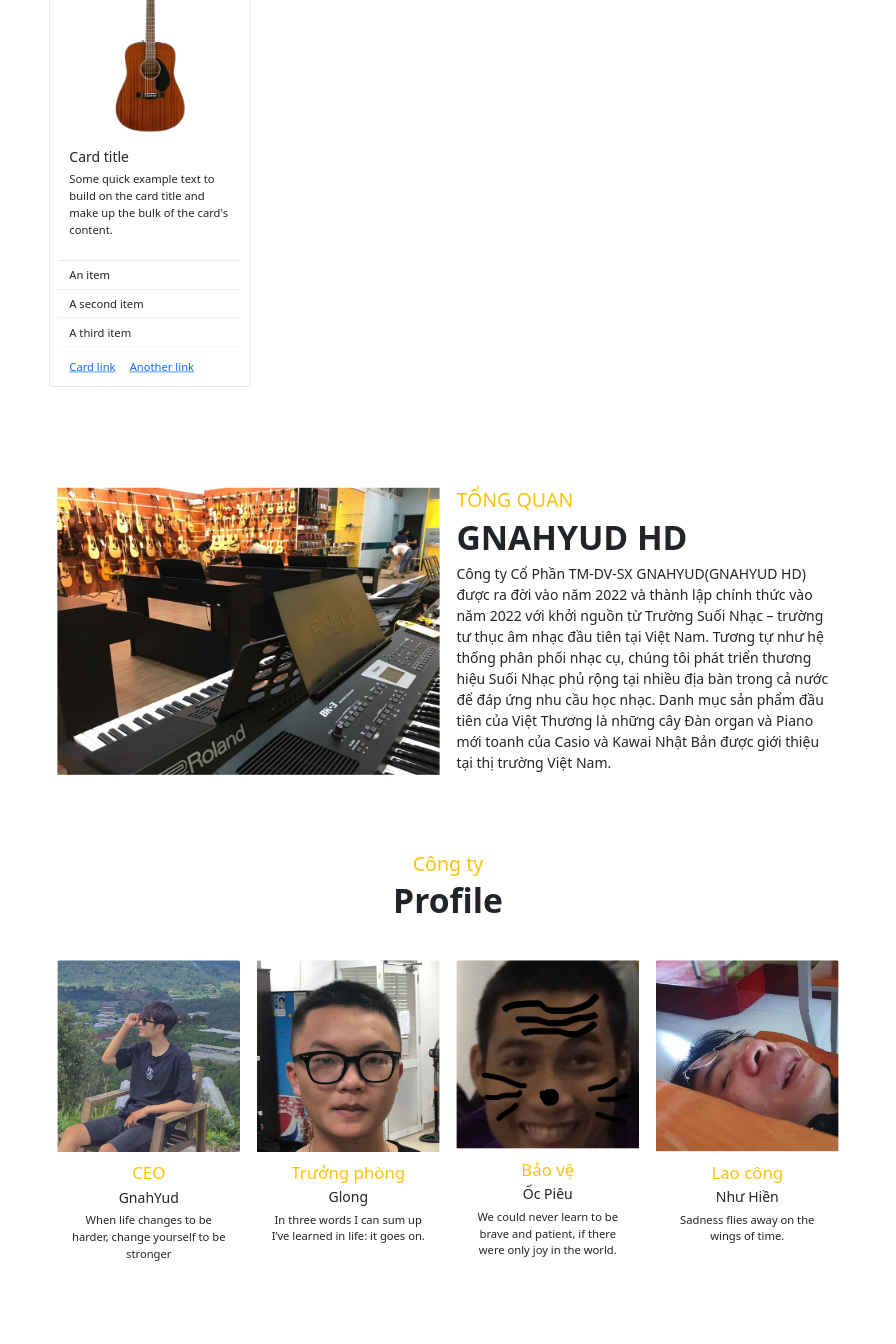
Repository: HoangDuy315/guitar
Page: index.html
These files come from the project's save history. The page is drawn as it stood at one moment and after the next save; the edit follows.
The browser window is 1280 px wide. The pictures show the part of the page from y = 2167 to 4087 px (the page is 5118 px tall before and 5214 px after), at 70% of full size.
Some web libraries are served in a nearby version.

Above is the page before, as saved 2022-09-16 14:56:35.

### index.html
<!doctype html>
<html lang="en">
  <head>
    <meta charset="utf-8">
    <meta name="viewport" content="width=device-width, initial-scale=1">
    <link href="https://cdn.jsdelivr.net/npm/bootstrap@5.1.3/dist/css/bootstrap.min.css" rel="stylesheet" integrity="sha384-1BmE4kWBq78iYhFldvKuhfTAU6auU8tT94WrHftjDbrCEXSU1oBoqyl2QvZ6jIW3" crossorigin="anonymous">

    <title>Guitar HD</title>
    <script src="https://kit.fontawesome.com/9676e8dc1b.js" crossorigin="anonymous"></script>
    <link rel="stylesheet" href="style.css">
  </head>
  <body>

    <!-- Nav -->
    <nav class="navbar navbar-expand-lg navbar-dark fixed-top py-3" id="navbar">
        <div class="container">
          <a class="navbar-brand fs-3 text-warning" href="#">GUITAR HD</a>
          <button class="navbar-toggler" type="button" data-bs-toggle="collapse" data-bs-target="#navbarSupportedContent" aria-controls="navbarSupportedContent" aria-expanded="false" aria-label="Toggle navigation">
            <span class="navbar-toggler-icon"></span>
          </button>
          <div class="collapse navbar-collapse" id="navbarSupportedContent">
            <ul class="navbar-nav me-auto mb-2 mb-lg-0 fs-5">
              <li class="nav-item">
                <a class="nav-link" href="#">Giới thiệu</a>
              </li>
              <li class="nav-item">
                <a class="nav-link" href="#">Tin tức</a>
              </li>
              <li class="nav-item dropdown">
                <a class="nav-link dropdown-toggle" href="#" id="navbarDropdown" role="button" data-bs-toggle="dropdown" aria-expanded="false">
                  Sản phẩm
                </a>
                <ul class="dropdown-menu" aria-labelledby="navbarDropdown">
                  <li><a class="dropdown-item" href="#">Guitar Clasic</a></li>
                  <li><a class="dropdown-item" href="#">Guitar Accoutic</a></li>
                  <li><a class="dropdown-item" href="#">Electronic Guitar</a></li>
                  <li><hr class="dropdown-divider"></li>
                  <li><a class="dropdown-item" href="#">Phụ kiện Guitar</a></li>
                </ul>
              </li>
              <li class="nav-item">
                <a class="nav-link" href="#">Liên hệ</a>
              </li>
            </ul>
            <a class="navbar-brand fw-bold  fs-3 text-warning" href="#"></a>
            <button class="btn  btn-outline-warning px-9 rounded-pill ms-auto">Login</button>
            <button class="btn  btn-outline-warning px-9 rounded-pill ms-3">Sign up</button>
          </div>
        </div>
      </nav>

    <!-- HomePage -->
    <section id="home" class="d-flex">
        <div class="container d-flex align-items-center">
            <div class="row justify-content-center">
                <div class="col-md-6">
                    <h1 class="display-1 fw-bolder text-white text-center">
                        BRINGING MUSIC TO<span class="text-warning"> EVERYONE</span>
                    </h1>
                </div>
            </div>
        </div>
    </section>

    <!-- Menu -->
    <section id="menu">
        <div class="container my-5 py-5">
            <div class="row mb-5">
                <div class="col-12 text-center">
                    <h3 class="text-warning">SẢN PHẨM</h3>
                    <h2 class="display-5 fw-bold">BEST SELLER</h2>
                </div>
            </div>
            <!-- 1 -->
            <div class="row">
                <div class="col-md-6">
                    <div class="card mb-3 border-0">
                        <div class="row g-0">
                          <div class="col-md-5 d-flex align-items-center">
                            <img src="./assets/ac1.png" class="img-fluid" alt="...">
                          </div>
                          <div class="col-md-7">
                            <div class="card-body">
                              <h5 class="card-title fs-3 fw-bold">FENDER FSR V3 CD60 MAH WN</h5>
                              <p class="card-text lead mb-2">CD-60 là một trong những mô hình phổ biến nhất của Fender và lý tưởng cho những người chơi đang tìm kiếm một cây đàn dáng dreadnought chất lượng cao giá cả phải.</p>
                              <p class="lead fw-bold fs-4 text-warning">
                                <p class="text-warning">4,900,000đ</p>
                                <i class="fa-solid fa-cart-shopping fs-4"></i>
                              </p>
                            </div>
                          </div>
                        </div>
                      </div>
                </div>
                <!-- 2 -->
                <div class="col-md-6">
                    <div class="card mb-3 border-0">
                        <div class="row g-0">
                          <div class="col-md-5 d-flex align-items-center">
                            <img src="./assets/ac4.png" class="img-fluid" alt="...">
                          </div>
                          <div class="col-md-7">
                            <div class="card-body">
                              <h5 class="card-title fs-3 fw-bold">TAKAMINE GD10CE</h5>
                              <p class="card-text lead mb-2">Dáng đàn dreadnought cho âm thanh dày, mạnh mẽ Mặt trước gỗ Spruce kết hợp mặt sau và hông mahogany Cần đàn mỏng gỗ mahogany và bán kính 12” Mặt phím gỗ và ngựa đàn Pin-less gỗ ovangkol.</p>
                              <p class="lead fw-bold fs-4 text-warning">
                                <p class="text-warning">6,690,000đ</p>
                                <i class="fa-solid fa-cart-shopping fs-4"></i>
                              </p>
                            </div>
                          </div>
                        </div>
                      </div>
                </div>
                <!-- 3 -->
                <div class="col-md-6">
                    <div class="card mb-3 border-0">
                        <div class="row g-0">
                          <div class="col-md-5 d-flex align-items-center">
                            <img src="./assets/cl6.png" class="img-fluid" alt="...">
                          </div>
                          <div class="col-md-7">
                            <div class="card-body">
                              <h5 class="card-title fs-3 fw-bold">CORDOBA C3M</h5>
                              <p class="card-text lead mb-2">Cordoba C3M là một trong những cây guitar dây nylon phổ biến của Cordoba. Được thiết kế với trọng lượng nhẹ và thoải mái để chơi.Thiết kế fan bracing mang lại âm sắc đẹp, mềm mại và cân bằng.</p>
                              <p class="lead fw-bold fs-4 text-warning">
                                <p class="text-warning">6,150,000đ</p>
                                <i class="fa-solid fa-cart-shopping fs-4"></i>
                              </p>
                            </div>
                          </div>
                        </div>
                      </div>
                </div>
                <!-- 4 -->
                <div class="col-md-6">
                    <div class="card mb-3 border-0">
                        <div class="row g-0">
                          <div class="col-md-5 d-flex align-items-center">
                            <img src="./assets/e2.png" class="img-fluid" alt="...">
                          </div>
                          <div class="col-md-7">
                            <div class="card-body">
                              <h5 class="card-title fs-4 fw-bold">FENDER SQUIER FSR AFF STRAT HSS LRL MBPG OWT</h5>
                              <p class="card-text lead mb-2">Là một con đường tuyệt vời để tiến đại vào gia đình Fender® lâu đời, Squier® Affinity Series ™ Stratocaster® QMT mang đến thiết kế huyền thoại GNAHYUD!.</p>
                              <p class="lead fw-bold fs-4 text-warning">
                                <p class="text-warning">9,320,000đ</p>
                                <i class="fa-solid fa-cart-shopping fs-4"></i>
                              </p>
                            </div>
                          </div>
                        </div>
                      </div>
                </div>
                <!-- 5 -->
                <div class="col-md-6">
                    <div class="card mb-3 border-0">
                        <div class="row g-0">
                          <div class="col-md-5 d-flex align-items-center">
                            <img src="./assets/cl7.png" class="img-fluid" alt="...">
                          </div>
                          <div class="col-md-7">
                            <div class="card-body">
                              <h5 class="card-title fs-3 fw-bold">TAKAMINE TH90</h5>
                              <p class="card-text lead mb-2">Takamine TH90 là cây đàn Classic được chế tác tinh tế với hệ thống Preamp Cool Tube CTP-3 mang đến âm thanh hoàn hảo cho người nghe Mặt trước.Đây là 1 dòng đàn cao cấp dùng gỗ Solid Spruce.</p>
                              <p class="lead fw-bold fs-4 text-warning">
                                <p class="text-warning">4,900,000đ</p>
                                <i class="fa-solid fa-cart-shopping fs-4"></i>
                              </p>
                            </div>
                          </div>
                        </div>
                      </div>
                </div>
                <!-- 6 -->
                <div class="col-md-6">
                    <div class="card mb-3 border-0">
                        <div class="row g-0">
                          <div class="col-md-5 d-flex align-items-center">
                            <img src="./assets/e1.png" class="img-fluid" alt="...">
                          </div>
                          <div class="col-md-7">
                            <div class="card-body">
                              <h5 class="card-title fs-5 fw-bold">FENDER SQUIER FSR AF STRAT QMT LRL WPPG BBST 0378034539</h5>
                              <p class="card-text lead mb-2">Là một con đường tuyệt vời để tiến đại vào gia đình Fender® lâu đời, Squier® Affinity Series ™ Stratocaster® QMT mang đến thiết kế huyền thoại và giai điệu tinh túy cho những Guitarist.</p>
                              <p class="lead fw-bold fs-4 text-warning">
                                <p class="text-warning">10,750,000đ</p>
                                <i class="fa-solid fa-cart-shopping fs-4"></i>
                              </p>
                            </div>
                          </div>
                        </div>
                      </div>
                </div>

                <div class="card" style="width: 18rem;">
                  <img src="./assets/ac1.png" class="card-img-top" alt="...">
                  <div class="card-body mb-3">
                    <h5 class="card-title">Card title</h5>
                    <p class="card-text">Some quick example text to build on the card title and make up the bulk of the card's content.</p>
                  </div>
                  <ul class="list-group list-group-flush">
                    <li class="list-group-item">An item</li>
                    <li class="list-group-item">A second item</li>
                    <li class="list-group-item">A third item</li>
                  </ul>
                  <div class="card-body">
                    <a href="#" class="card-link">Card link</a>
                    <a href="#" class="card-link">Another link</a>
                  </div>
                </div>
            </div>
        </div>
    </section>

    <!-- About -->
    <section id="about">
        <div class="container my-5 py-5">
            <div class="row">
                <div class="col-md-6">
                    <img src="./assets/about3.png" alt="Hang Heo" class="w-100 h-80">
                </div>
                <div class="col-md-6">
                    <h3 class="text-warning">TỔNG QUAN</h3>
                    <h2 class="display-5 fw-bold">GNAHYUD HD</h2>
                    <p class="lead">Công ty Cổ Phần TM-DV-SX GNAHYUD(GNAHYUD HD) được ra đời vào năm 2022 và thành lập chính thức vào năm 2022 với khởi nguồn từ Trường Suối Nhạc – trường tư thục âm nhạc đầu tiên tại Việt Nam.
                         Tương tự như hệ thống phân phối nhạc cụ, chúng tôi phát triển thương hiệu Suối Nhạc phủ rộng tại nhiều địa bàn trong cả nước để đáp ứng nhu cầu học nhạc. Danh mục sản phẩm đầu tiên của Việt Thương là những cây Đàn organ và Piano mới toanh của Casio và Kawai Nhật Bản được giới thiệu tại thị trường Việt Nam. </p>
                </div>
            </div>
        </div>
    </section>

    <!-- Designer -->
    <section id="designer">
        <div class="container">
            <div class="row mb-5    ">
                <div class="col-12 text-center">
                    <h3 class="text-warning">Công ty</h3>
                    <h2 class="display-5 fw-bold">Profile</h2>
                </div>
            </div>
            <div class="row">
                <!-- 1 -->
                <div class="col-md-3">
                    <div class="card border-0">
                        <img src="./assets/ceo.png" class="card-img-top" alt="...">
                        <div class="card-body text-center">
                          <h4 class="card-title text-warning">CEO</h5>
                          <h6 class="card-title lead">GnahYud</h5>
                          <p class="card-text">When life changes to be harder, change yourself to be stronger</p>
                        </div>
                      </div>
                </div>

                <!-- 2 -->
                <div class="col-md-3">
                    <div class="card border-0">
                        <img src="./assets/trưởng phòng.png" class="card-img-top" alt="...">
                        <div class="card-body text-center">
                          <h4 class="card-title text-warning">Trưởng phòng</h5>
                          <h6 class="card-title lead">Glong</h5>
                          <p class="card-text">In three words I can sum up I’ve learned in life: it goes on.</p>
                        </div>
                      </div>
                </div>

                <!-- 3 -->
                <div class="col-md-3">
                    <div class="card border-0">
                        <img src="./assets/bảo vệ.png" class="card-img-top h-100" alt="...">
                        <div class="card-body text-center">
                          <h4 class="card-title text-warning">Bảo vệ</h4></h5>
                          <h6 class="card-title lead">Ốc Piêu</h5>
                          <p class="card-text">We could never learn to be brave and patient, if there were only joy in the world.</p>
                        </div>
                      </div>
                </div>

                <!-- 4 -->
                <div class="col-md-3">
                    <div class="card border-0">
                        <img src="./assets/lao công.png" class="card-img-top" alt="...">
                        <div class="card-body text-center">
                          <h4 class="card-title text-warning">Lao công</h5>
                          <h6 class="card-title lead">Như Hiền</h5>
                          <p class="card-text">Sadness flies away on the wings of time.</p>
                        </div>
                      </div>
                </div>
            </div>
        </div>
    </section>

    <!-- Contact -->
    <section id="contact">
        <div class="container my-5 py-5">
            <div class="row mb-5">
                <div class="col-12 text-center">
                    <h3 class="text-warning fs-1">Liên hệ</h3>
                    <h2 class="display-7 fw-bold">Chúng tôi sẽ giúp bạn tìm đúng giải pháp cho đam mê của bạn.</h2>
                </div>
            </div>
            <div class="row justify-content-center">
                <div class="col-md-6">
                    <form action="">
                        <div class="mb-3">
                            <input type="text" class="form-control py-2" id="name" placeholder="Họ Và Tên">
                        </div>
                        <div class="mb-3">
                            <input type="text" class="form-control py-2" id="name" placeholder="Title">
                        </div>
                        <div class="mb-3">
                            <input type="email" class="form-control py-2" id="exampleFormControlInput1" placeholder="Email">
                        </div>
                        <div class="mb-3">
                            <textarea class="form-control" id="exampleFormControlTextarea1" placeholder="Nội dung" rows="3"></textarea>
                        </div>
                        <button class="button-32" role="button">Send</button>
                    </form>
                </div>
            </div>
        </div>
    </section>

    <!-- Footer -->
    <footer class="text-center text-lg-start bg-dark text-muted">
      <!-- Section: Social media -->
      <section class="d-flex justify-content-center justify-content-lg-between p-4 border-bottom">
        <!-- Left -->
        <div class="me-5 d-none d-lg-block">
          <span class="text-white fs-5">Social</span>
        </div>
        <!-- Left -->

        <!-- Right -->
        <div>
          <a href="" class="me-4 link-secondary">
            <i class="fab fa-facebook-f"></i>
          </a>
          <a href="" class="me-4 link-secondary">
            <i class="fab fa-twitter"></i>
          </a>
          <a href="" class="me-4 link-secondary">
            <i class="fab fa-google"></i>
          </a>
          <a href="" class="me-4 link-secondary">
            <i class="fab fa-instagram"></i>
          </a>
          <a href="" class="me-4 link-secondary">
            <i class="fab fa-linkedin"></i>
          </a>
          <a href="" class="me-4 link-secondary">
            <i class="fab fa-github"></i>
          </a>
        </div>
        <!-- Right -->
      </section>
      <!-- Section: Social media -->

      <!-- Section: Links  -->
      <section class="">
        <div class="container text-center text-md-start mt-5">
          <!-- Grid row -->
          <div class="row mt-3">
            <!-- Grid column -->
            <div class="col-md-3 col-lg-4 col-xl-3 mx-auto mb-4">
              <!-- Content -->
              <h6 class="text-uppercase fw-bold mb-4">
                <i class="fas fa-gem me-3 text-secondary"></i>GNAHYUD HD
              </h6>
              <p>
                <a href="#!" class="text-white">Giới thiệu công ty</a>
              </p>
              <p>
                <a href="#!" class="text-white">Hệ thống Showroom, đại lý</a>
              </p>
              <p>
                <a href="#!" class="text-white">Liên hệ/góp ý</a>
              </p>
              <p>
                <a href="#!" class="text-white">Mua trả góp</a>
              </p>
            </div>
            <!-- Grid column -->

            <!-- Grid column -->
            <div class="col-md-2 col-lg-2 col-xl-2 mx-auto mb-4">
              <!-- Links -->
              <h6 class="text-uppercase fw-bold mb-4">
                Hướng dẫn chung
              </h6>
              <p>
                <a href="#!" class="text-white">Giao hàng-đổi trả</a>
              </p>
              <p>
                <a href="#!" class="text-white">Hướng dẫn mua hàng</a>
              </p>
              <p>
                <a href="#!" class="text-white">Thanh toán và bảo mật</a>
              </p>
              <p>
                <a href="#!" class="text-white">Bảo hành Guitar</a>
              </p>
            </div>
            <!-- Grid column -->

            <!-- Grid column -->
            <div class="col-md-3 col-lg-2 col-xl-2 mx-auto mb-4">
              <!-- Links -->
              <h6 class="text-uppercase fw-bold mb-4">
                Hỗ trợ khách hàng
              </h6>
              <p>
                <a href="#!" class="text-white">Gọi mua hàng </a>
              </p>
              <p>
                <a href="#!" class="text-white">Thời gian phục vụ: 8h-22h</a>
              </p>
              <p>
                <a href="#!" class="text-white">Hotline: 1234 6789 </a>
              </p>
            </div>
            <!-- Grid column -->

            <!-- Grid column -->
            <div class="col-md-4 col-lg-3 col-xl-3 mx-auto mb-md-0 mb-4">
              <!-- Links -->
              <h6 class="text-uppercase fw-bold mb-4">Địa chỉ</h6>
              <p><i class="fas fa-home me-3 text-secondary"></i>607 XVNT, P.26, Q.BT, TP.HCM</p>
              <p>
                <i class="fas fa-envelope me-3 text-secondary"></i>
                info@example.com
              </p>
              <p><i class="fas fa-phone me-3 text-secondary"></i> + 01 234 567 88</p>
              <p><i class="fas fa-print me-3 text-secondary"></i> + 01 234 567 89</p>
            </div>
            <!-- Grid column -->
          </div>
          <!-- Grid row -->
        </div>
      </section>
      <!-- Section: Links  -->

      <!-- Copyright -->
      <div class="text-center p-4" style="background-color: rgba(0, 0, 0, 0.025);">
        © 2021 Copyright:
        <a class="text-reset fw-bold" href="https://mdbootstrap.com/">MDBootstrap.com</a>
      </div>
      <!-- Copyright -->
    </footer>

    <script src="https://cdn.jsdelivr.net/npm/bootstrap@5.1.3/dist/js/bootstrap.bundle.min.js" integrity="sha384-ka7Sk0Gln4gmtz2MlQnikT1wXgYsOg+OMhuP+IlRH9sENBO0LRn5q+8nbTov4+1p" crossorigin="anonymous"></script>
    <script>
        window.onscroll = function(){
            scrollFunction();
        }

        function scrollFunction() {
            if(document.body.scrollTop > 100 || document.documentElement.scrollTop > 100) {
                document.getElementById("navbar").classList.add("bg-dark", "shadow");
            }
            else{
                document.getElementById("navbar").classList.remove("bg-dark", "shadow");
            }
        }
    </script>
</body>
</html>

### style.css
#home {
    background: url('./assets/logo.png') rgba(0, 0, 0, 0.7);
    background-blend-mode: overlay;
    min-height: 550px;
    background-size: cover;
    background-position: center;
    background-repeat: no-repeat;
}

/* CSS */
.button-32 {
    background-color: #c86f17;
    justify-content: center;
    border-radius: 12px;
    align-items: center;
    color: #000;
    cursor: pointer;
    font-weight: bold;
    padding: 10px 15px;
    text-align: center;
    transition: 200ms;
    width: 100%;
    box-sizing: border-box;
    border: 0;
    font-size: 16px;
    user-select: none;
    -webkit-user-select: none;
    touch-action: manipulation;
  }

  .button-32:not(:disabled):hover,
  .button-32:not(:disabled):focus {
    outline: 0;
    background: #cd2609;
    box-shadow: 0 0 0 2px rgba(0,0,0,.2), 0 3px 8px 0 rgba(0,0,0,.15);
  }

  .button-32:disabled {
    filter: saturate(0.2) opacity(0.5);
    -webkit-filter: saturate(0.2) opacity(0.5);
    cursor: not-allowed;
  }

After the next save:
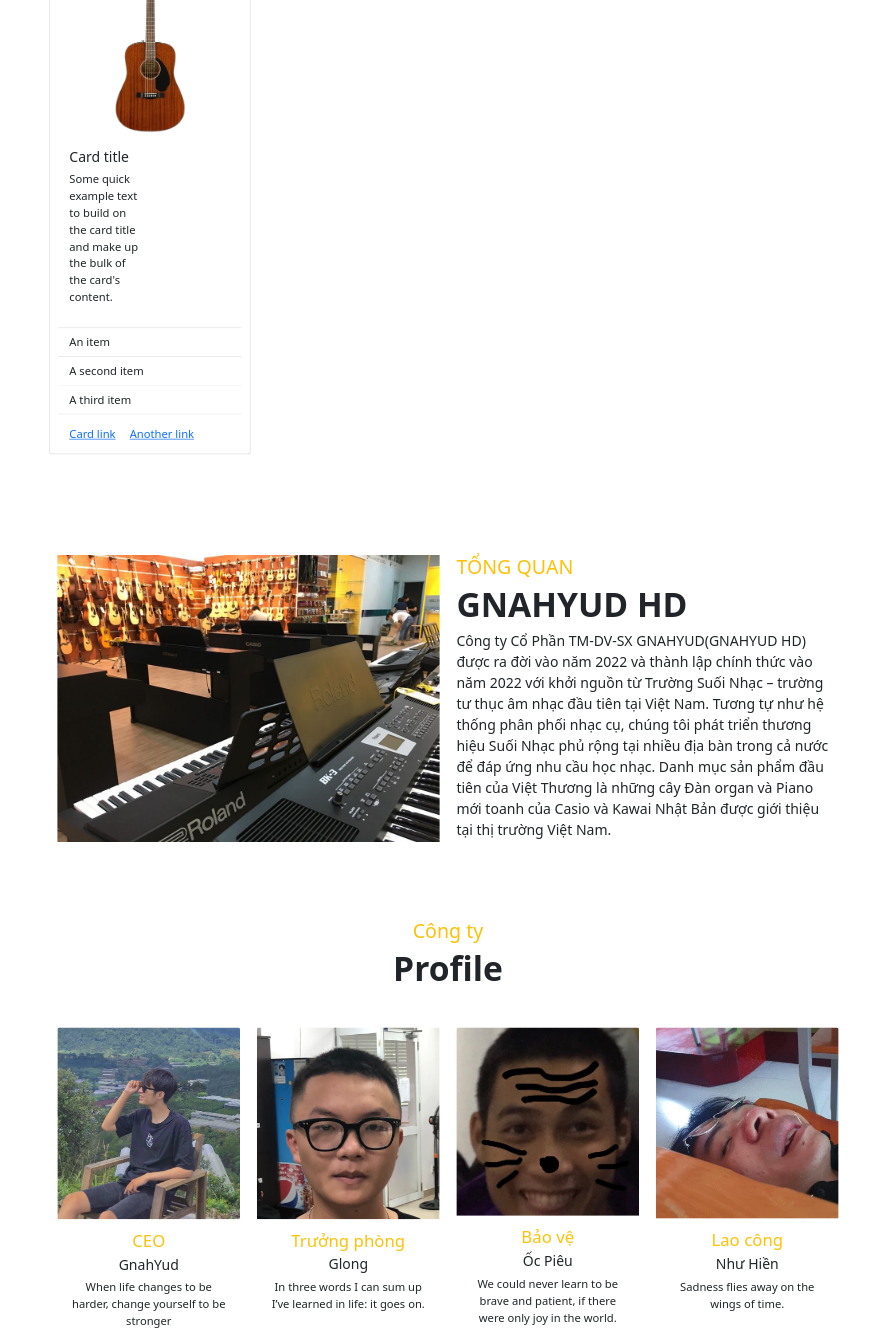
Saved 20 s later.
--- a/index.html
+++ b/index.html
@@ -195,7 +195,7 @@
 
                 <div class="card" style="width: 18rem;">
                   <img src="./assets/ac1.png" class="card-img-top" alt="...">
-                  <div class="card-body mb-3">
+                  <div class="card-body mb-3 col-md-6">
                     <h5 class="card-title">Card title</h5>
                     <p class="card-text">Some quick example text to build on the card title and make up the bulk of the card's content.</p>
                   </div>
